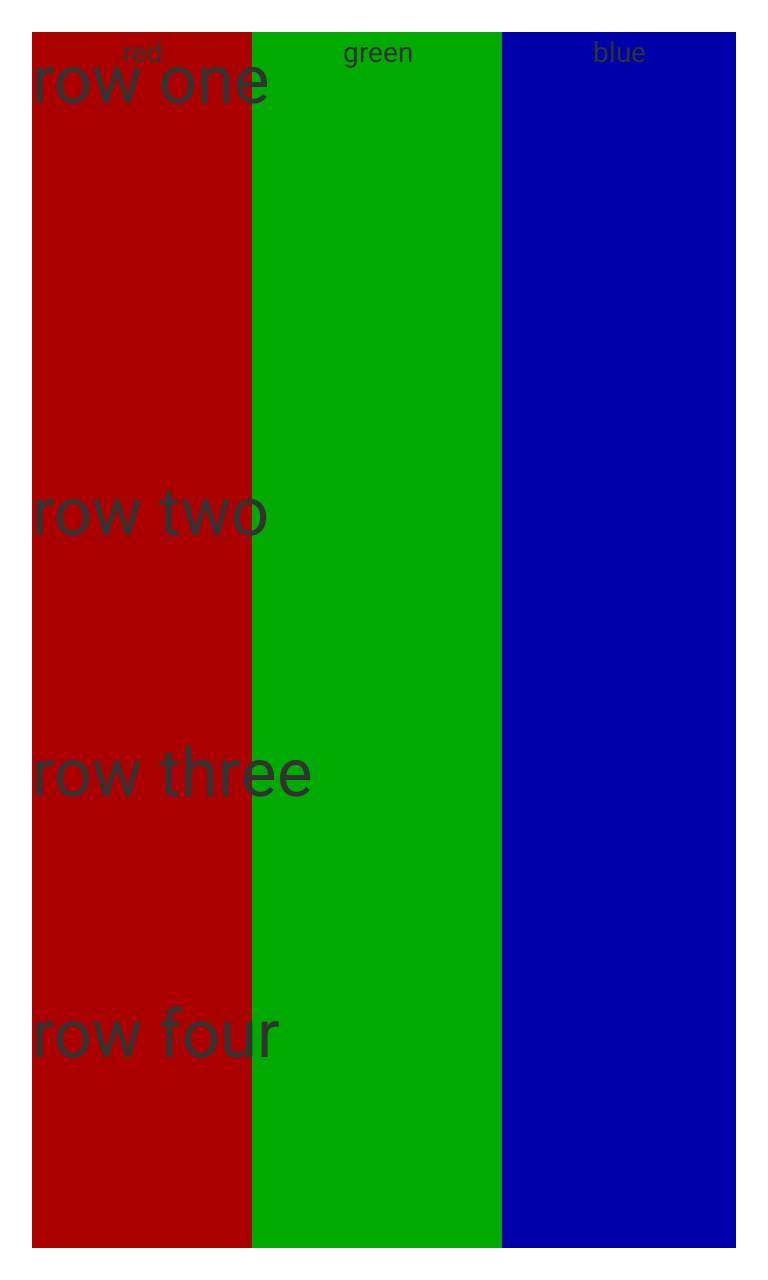
Repository: PatKelsh/IS-413
Layout: LinearLayout/res/layout/activity_main.xml
An editor plug-in stored every save of this project. The layout is shown before and after the next save, followed by the edit.
It is drawn on a 768 x 1280 px phone screen (xhdpi) without system bars, with theme AppTheme; the app's code is not run.

Above is the layout before, as saved 2015-02-04 03:35:07.

### LinearLayout/res/layout/activity_main.xml
<RelativeLayout xmlns:android="http://schemas.android.com/apk/res/android"
    xmlns:tools="http://schemas.android.com/tools"
    android:layout_width="match_parent"
    android:layout_height="match_parent"
    android:paddingBottom="@dimen/activity_vertical_margin"
    android:paddingLeft="@dimen/activity_horizontal_margin"
    android:paddingRight="@dimen/activity_horizontal_margin"
    android:paddingTop="@dimen/activity_vertical_margin"
    tools:context="com.example.linearlayout.MainActivity" >

    <LinearLayout
        android:orientation="horizontal"
        android:layout_width="fill_parent"
        android:layout_height="fill_parent"
        android:layout_weight="1">

        <TextView
            android:text="red"
            android:gravity="center_horizontal"
            android:background="#aa0000"
            android:layout_width="wrap_content"
            android:layout_height="fill_parent"
            android:layout_weight="1"/>

        <TextView
            android:text="green"
            android:gravity="center_horizontal"
            android:background="#00aa00"
            android:layout_width="wrap_content"
            android:layout_height="fill_parent"
            android:layout_weight="1"/>

        <TextView
            android:text="blue"
            android:gravity="center_horizontal"
            android:background="#0000aa"
            android:layout_width="wrap_content"
            android:layout_height="fill_parent"
            android:layout_weight="1"/>
    </LinearLayout>
    <LinearLayout
        android:orientation="vertical"
        android:layout_width="fill_parent"
        android:layout_height="fill_parent"
        android:layout_weight="1">

        <TextView
            android:text="row one"
            android:textSize="15pt"
            android:layout_width="fill_parent"
            android:layout_height="wrap_content"
            android:layout_weight="2"/>
        <TextView
            android:text="row two"
            android:textSize="15pt"
            android:layout_width="fill_parent"
            android:layout_height="wrap_content"
            android:layout_weight="1"/>
        <TextView
            android:text="row three"
            android:textSize="15pt"
            android:layout_width="fill_parent"
            android:layout_height="wrap_content"
            android:layout_weight="1"/>
        <TextView
            android:text="row four"
            android:textSize="15pt"
            android:layout_width="fill_parent"
            android:layout_height="wrap_content"
            android:layout_weight="1"/>

    </LinearLayout>


</RelativeLayout>

Loaded but not shown: LinearLayout/res/values/styles.xml (common file); LinearLayout/res/values-v11/styles.xml (common file); LinearLayout/res/values-v14/styles.xml (common file); LinearLayout/res/values/dimens.xml (common file); LinearLayout/res/values-w820dp/dimens.xml (common file)

After the next save:
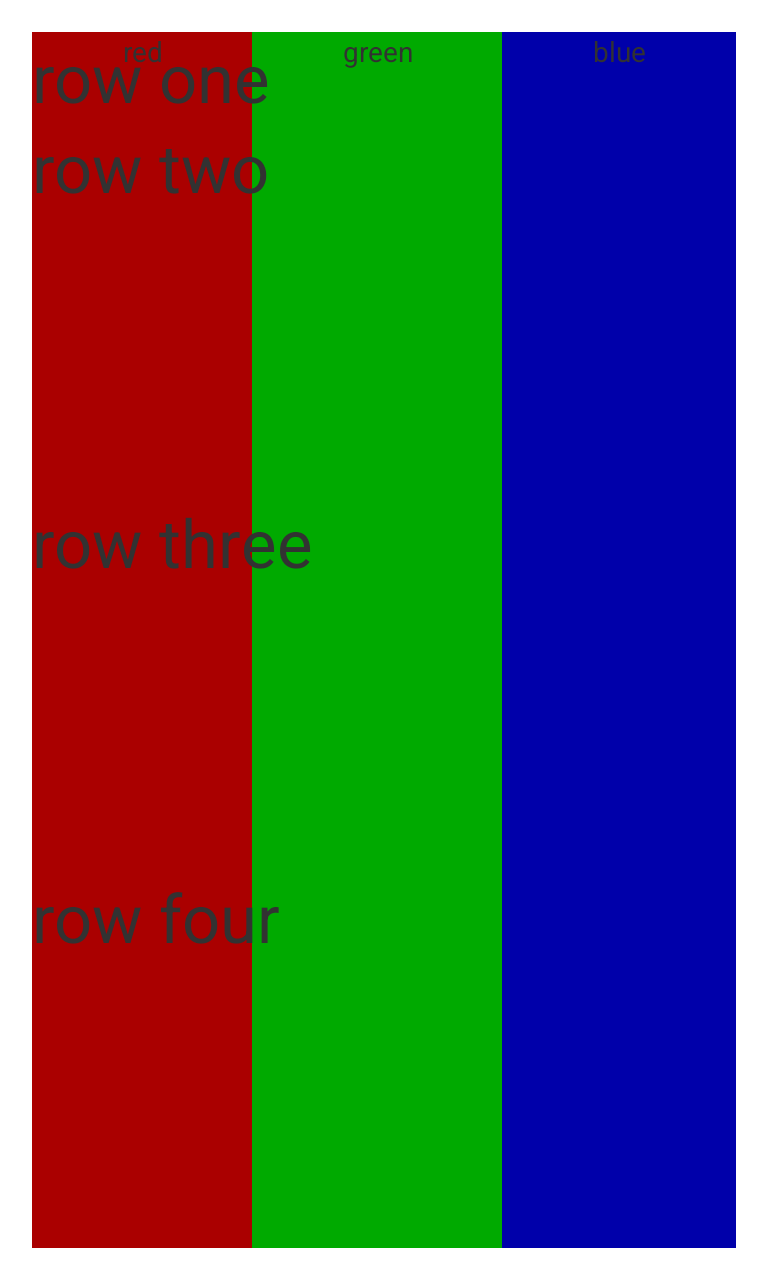
Saved 11 min 15 s later.
--- a/LinearLayout/res/layout/activity_main.xml
+++ b/LinearLayout/res/layout/activity_main.xml
@@ -49,7 +49,7 @@
             android:textSize="15pt"
             android:layout_width="fill_parent"
             android:layout_height="wrap_content"
-            android:layout_weight="2"/>
+            android:layout_weight=""/>
         <TextView
             android:text="row two"
             android:textSize="15pt"
